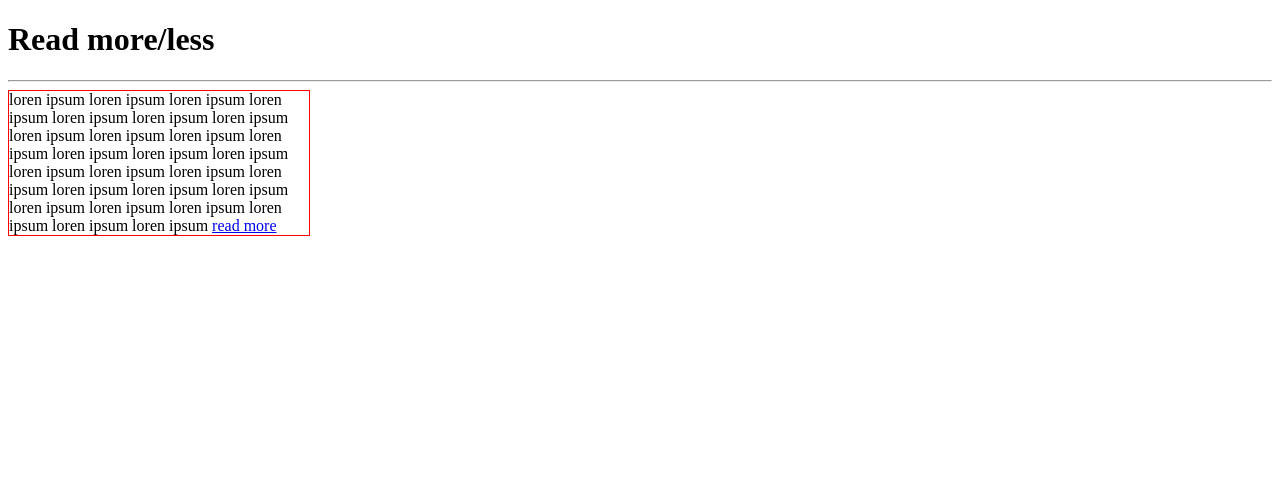
Repository: abhishekj720/HSBCLearn
Page: gagan/JEE/JSDemo/WebContent/ReadMore.html
These files come from the project's save history. The page is drawn as it stood at one moment and after the next save; the edit follows.
The browser window is 1280 px wide. The pictures show the whole page.
After loading, the first visible `#link1` was clicked once.

Above is the page before, as saved 2019-07-30 07:33:08.

### gagan/JEE/JSDemo/WebContent/ReadMore.html
<!DOCTYPE html>
<html>
<head>
<meta charset="ISO-8859-1">
<title>Insert title here</title>
<style>
#div1, #div2{
  width: 300px;
  border: 1px solid red;
  margin-bottom:20px;
}
</style>
<script>
  function display(elem){


  }

</script>

</head>
<body>
<h1>Read more/less</h1>
<hr/>
<div id="div1">
loren ipsum loren ipsum loren ipsum loren ipsum loren ipsum loren ipsum loren ipsum loren ipsum loren ipsum
loren ipsum loren ipsum loren ipsum loren ipsum loren ipsum loren ipsum loren ipsum loren ipsum loren ipsum
loren ipsum loren ipsum loren ipsum loren ipsum loren ipsum loren ipsum loren ipsum loren ipsum loren ipsum
<a href="#" id="link1" onclick="display(this)">read more</a>
</div>
<div id="div2" style="display:none">
sapient technologies sapient technologies sapient technologies sapient technologies sapient technologies
sapient technologies sapient technologies sapient technologies sapient technologies sapient technologies
sapient technologies sapient technologies sapient technologies sapient technologies sapient technologies
sapient technologies sapient technologies sapient technologies sapient technologies sapient technologies

</div>
</body>
</html>

After the next save:
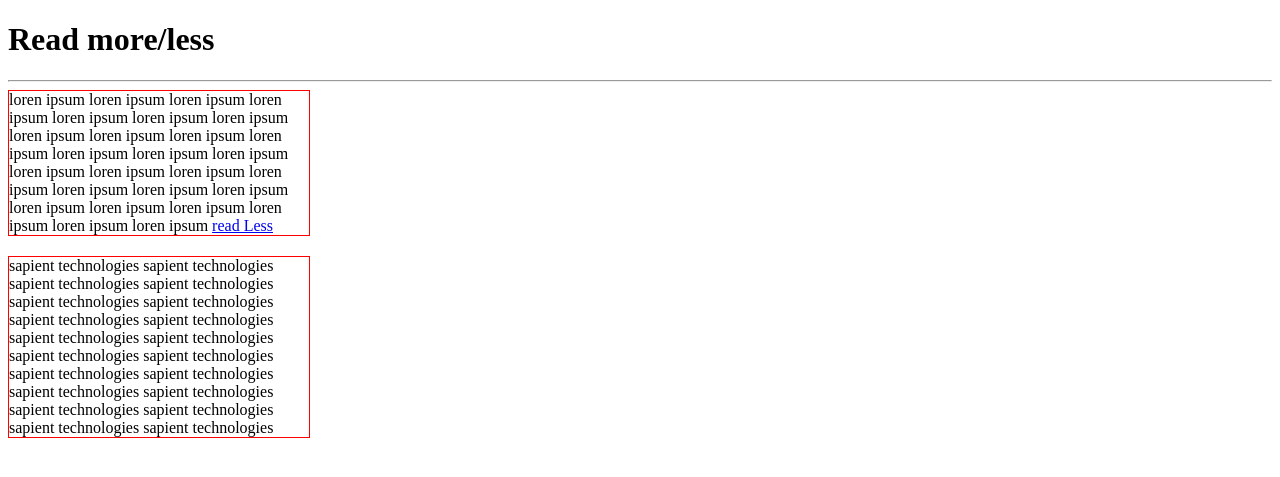
Saved 3 min 51 s later.
--- a/gagan/JEE/JSDemo/WebContent/ReadMore.html
+++ b/gagan/JEE/JSDemo/WebContent/ReadMore.html
@@ -12,7 +12,14 @@
 </style>
 <script>
   function display(elem){
+	  if(elem.innerHTML= 'read more'){
+		  document.getElementById("div2").style.display="block";
+		  elem.innerHTML = "read Less";
+	  } else{
+		  document.getElementById("div2").style.display="block";
+		  elem.innerHTML = "read Less";
 
+	  }
 
   }
 
